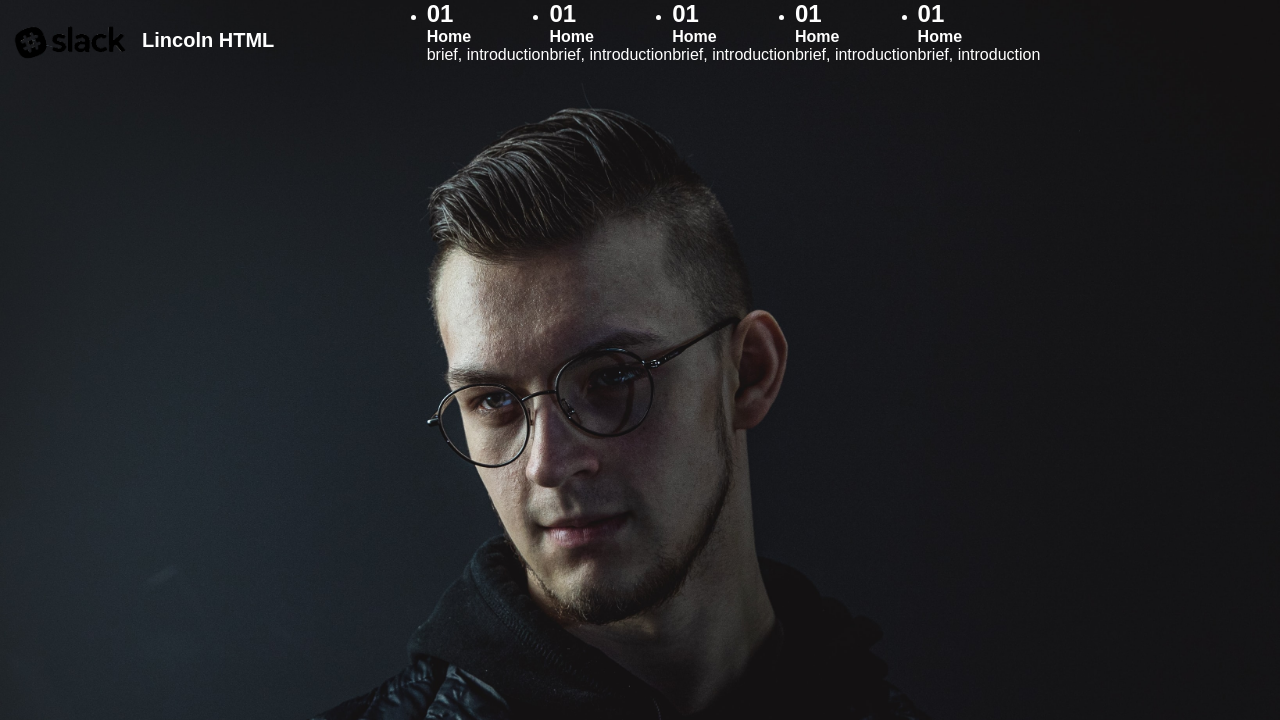
Repository: linco6054/simple-html
Page: index.html
An editor plug-in stored every save of this project. The page is shown before and after the next save, followed by the edit.
The browser window is 1280 px wide. The pictures show the whole page.

Above is the page before, as saved 2021-08-16 15:45:59.

### index.html
<!DOCTYPE html>
<html lang="en">
  <head>
    <meta charset="UTF-8" />
    <meta http-equiv="X-UA-Compatible" content="IE=edge" />
    <link rel="preconnect" href="https://fonts.googleapis.com">
<link rel="preconnect" href="https://fonts.gstatic.com" crossorigin>
<link href="https://fonts.googleapis.com/css2?family=Roboto:wght@100&display=swap" rel="stylesheet">
    <meta name="viewport" content="width=device-width, initial-scale=1.0" />
    <link rel="stylesheet" href="style.css" />
    <title>Lincoln</title>
  </head>
  <body>
    <section class="sec1">
      <nav>
        <div>
          <img src="/images/logo.png" alt="" />
          <span>Lincoln HTML</span>
        </div>

        <ul>
          <li>
            <h2>01</h2>
            <h4>Home</h4>
            <p>brief, introduction</p>
          </li>
          <li>
            <h2>01</h2>
            <h4>Home</h4>
            <p>brief, introduction</p>
          </li>
          <li>
            <h2>01</h2>
            <h4>Home</h4>
            <p>brief, introduction</p>
          </li>
          <li>
            <h2>01</h2>
            <h4>Home</h4>
            <p>brief, introduction</p>
          </li>
          <li>
            <h2>01</h2>
            <h4>Home</h4>
            <p>brief, introduction</p>
          </li>
        </ul>
      </nav>
    </section>
  </body>
</html>

### style.css
* {
  margin: 0;
  padding: 0;
}
body {
  max-width: 100%;
  height: auto;
  overflow: hidden;
  color: #fff;
  font-family: sans-serif;
}
section {
  height: 100vh;
  width: 100%;
  overflow: hidden;
}
/* ================================Sectiion 1================================== */
.sec1 {
  background-image: url("./images/bg.jpg");
  background-size: cover;
  background-repeat: no-repeat;
}
nav {
  display: flex;
  justify-content: space-between;
}
nav > div {
  flex: 2;
  justify-content: left;
  align-items: center;
  display: flex;
}
nav > div > img {
  height: 80px;
}
nav > div > span {
  font-weight: bold;
  font-size: 20px;
}
nav > ul {
  display: flex;
  flex: 4;
}

After the next save:
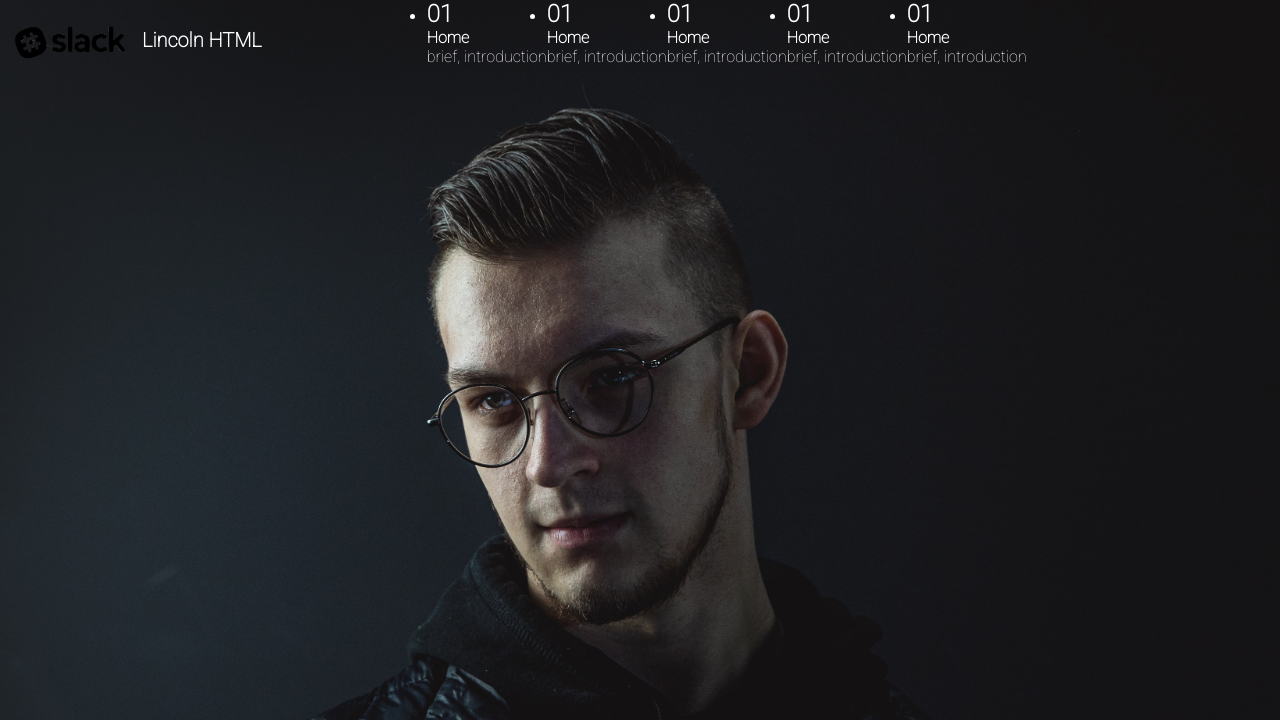
Saved 13 s later.
--- a/style.css
+++ b/style.css
@@ -7,7 +7,7 @@
   height: auto;
   overflow: hidden;
   color: #fff;
-  font-family: sans-serif;
+  font-family: "Roboto", sans-serif;
 }
 section {
   height: 100vh;
